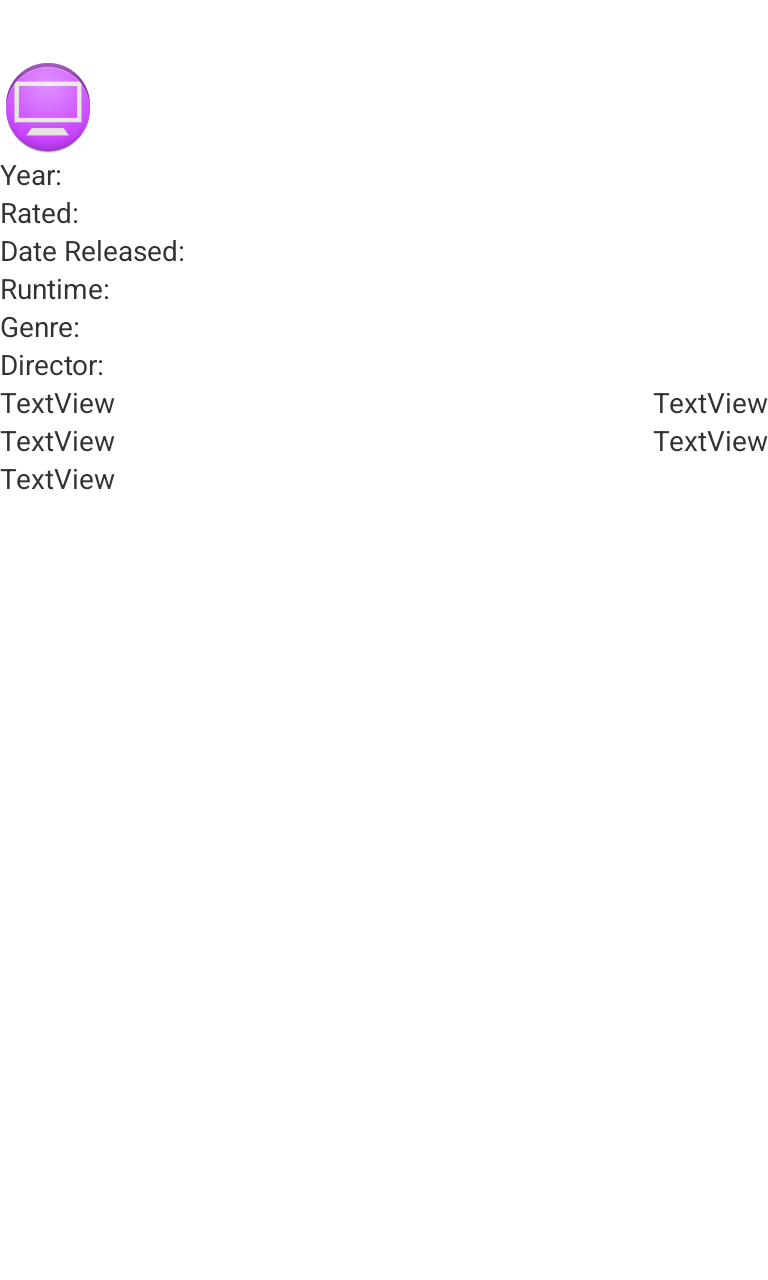
Repository: laurenelder/Java2_Elder
Layout: MovieLookup/res/layout/detail_layout.xml
These files come from the project's save history. The layout is drawn as it stood at one moment and after the next save; the edit follows.
It is drawn on a 768 x 1280 px phone screen (xhdpi) without system bars, with theme AppTheme; the app's code is not run.

Above is the layout before, as saved 2014-07-16 18:41:33.

After the next save:
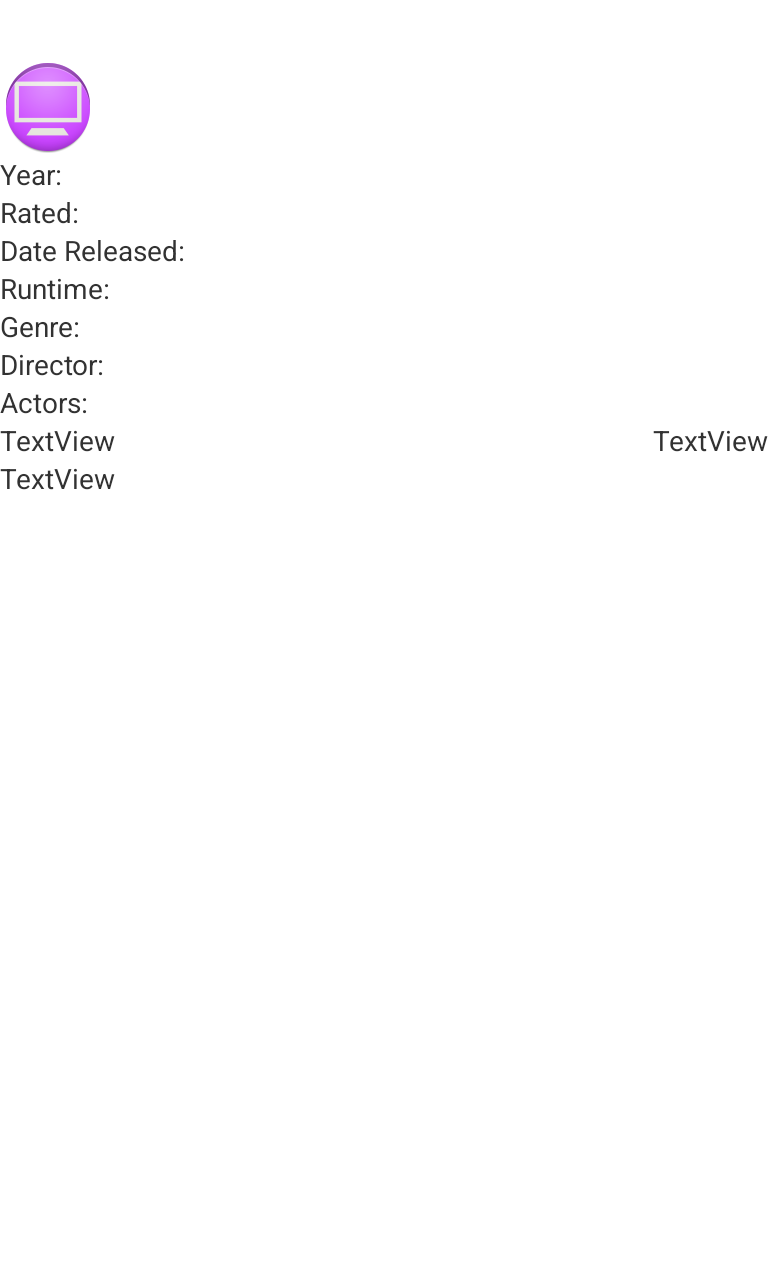
Saved 39 s later.
--- a/MovieLookup/res/layout/detail_layout.xml
+++ b/MovieLookup/res/layout/detail_layout.xml
@@ -154,20 +154,20 @@
         android:layout_height="wrap_content" >
 
         <TextView
-            android:id="@+id/textView14"
-            android:layout_width="wrap_content"
-            android:layout_height="wrap_content"
-            android:layout_alignParentLeft="true"
-            android:layout_alignParentTop="true"
-            android:text="TextView" />
-
-        <TextView
-            android:id="@+id/textView15"
-            android:layout_width="wrap_content"
-            android:layout_height="wrap_content"
-            android:layout_alignParentRight="true"
-            android:layout_alignParentTop="true"
-            android:text="TextView" />
+            android:id="@+id/actorLabel"
+            android:layout_width="wrap_content"
+            android:layout_height="wrap_content"
+            android:layout_alignParentLeft="true"
+            android:layout_alignParentTop="true"
+            android:text="@string/actor_str" />
+
+        <TextView
+            android:id="@+id/movieActor"
+            android:layout_width="wrap_content"
+            android:layout_height="wrap_content"
+            android:layout_alignParentRight="true"
+            android:layout_alignParentTop="true"
+            android:text="" />
 
     </RelativeLayout>
 
